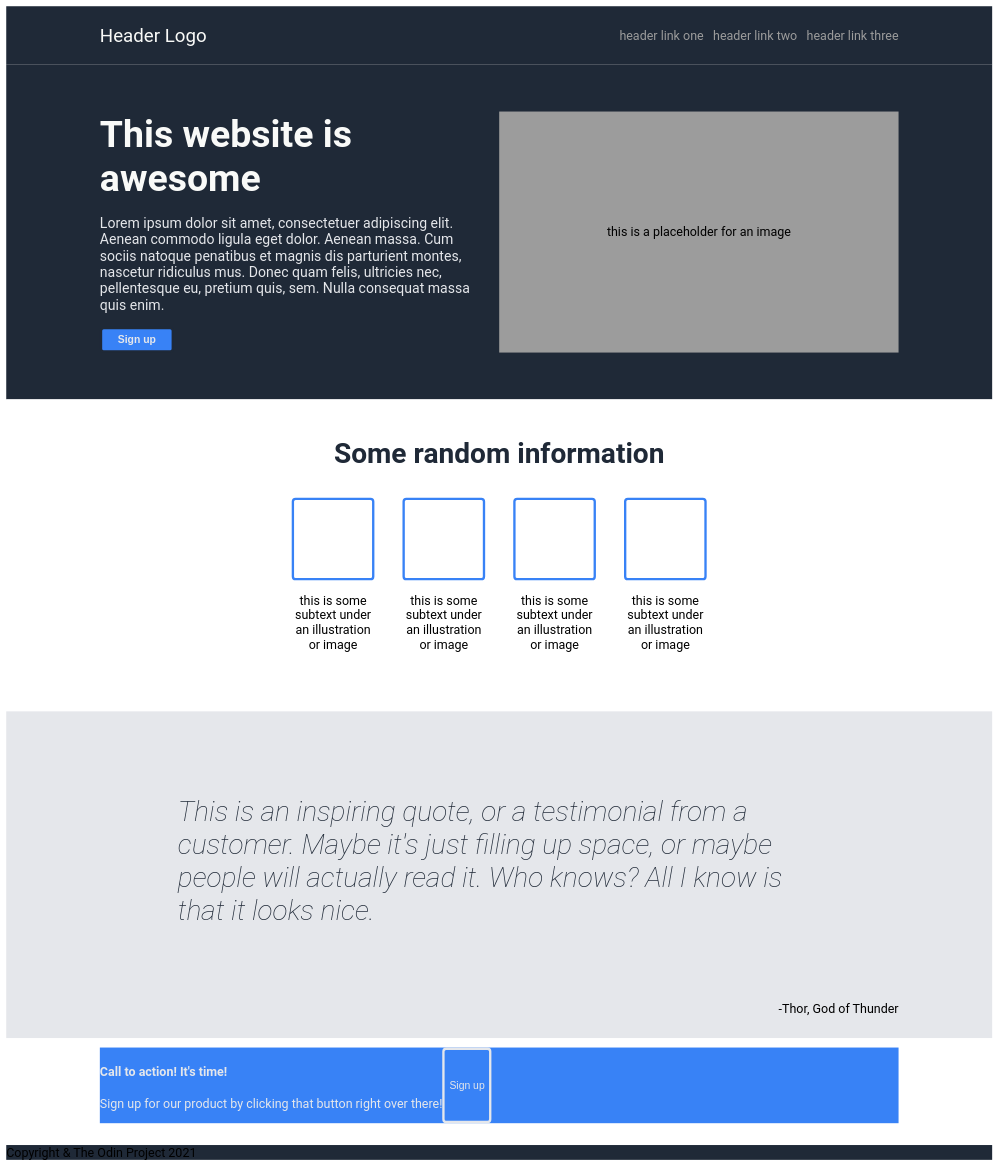
Repository: evemcd/odin_project
Page: odin-project2-landing-page/index.html
These files come from the project's save history. The page is drawn as it stood at one moment and after the next save; the edit follows.
The browser window is 1280 px wide. The pictures show the whole page, at 78% of full size.

Above is the page before, as saved 2022-02-08 11:32:40.

After the next save:
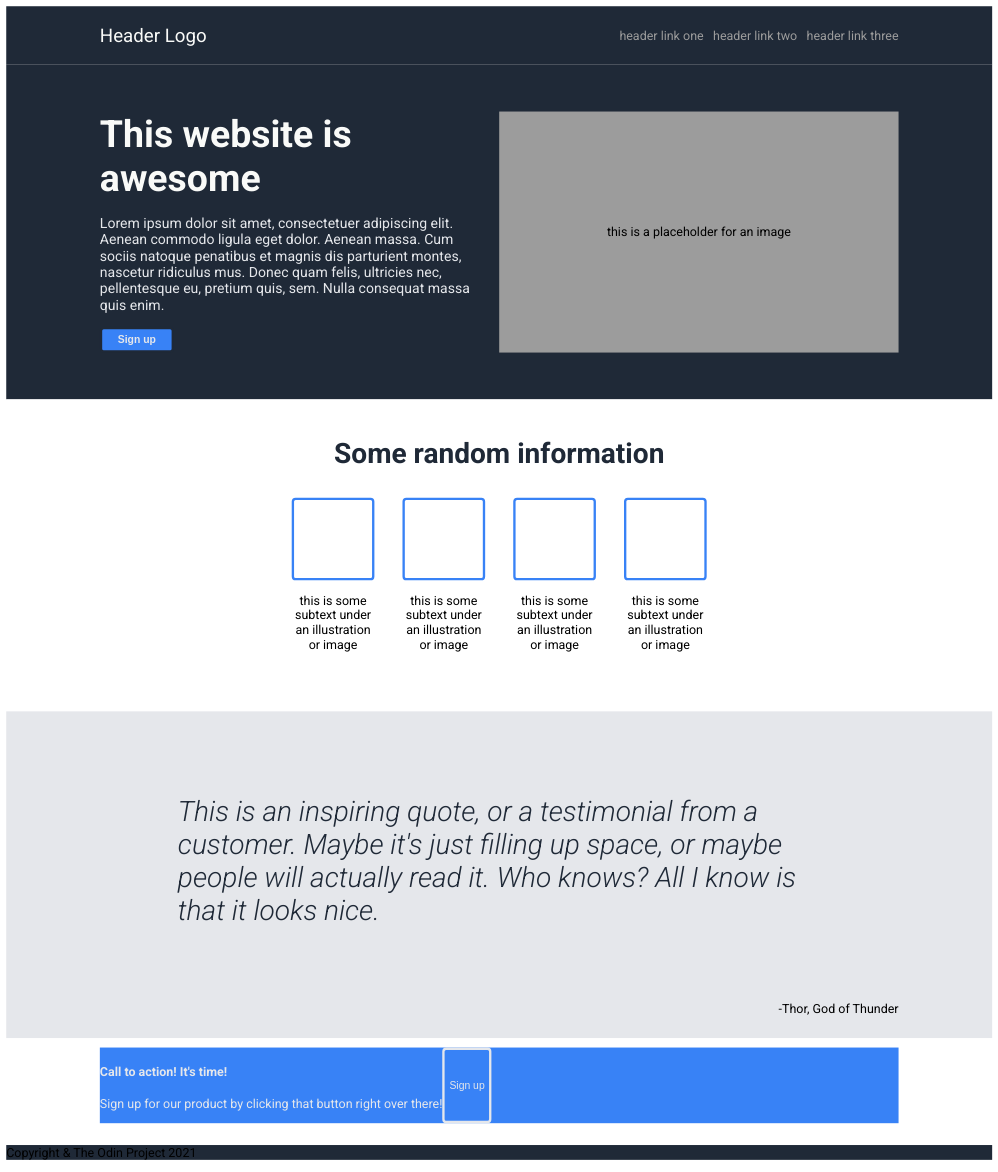
Saved 3 min 13 s later.
--- a/odin-project2-landing-page/index.html
+++ b/odin-project2-landing-page/index.html
@@ -4,6 +4,9 @@
     <meta charset="UTF-8">
     <title>Odin Project 2 Landing Page</title>
     <link rel="stylesheet" href="style.css">
+    <link rel="preconnect" href="https://fonts.googleapis.com">
+<link rel="preconnect" href="https://fonts.gstatic.com" crossorigin>
+<link href="https://fonts.googleapis.com/css2?family=Roboto:ital,wght@0,400;0,700;0,900;1,300&display=swap" rel="stylesheet">
 </head>
 
 <body>
